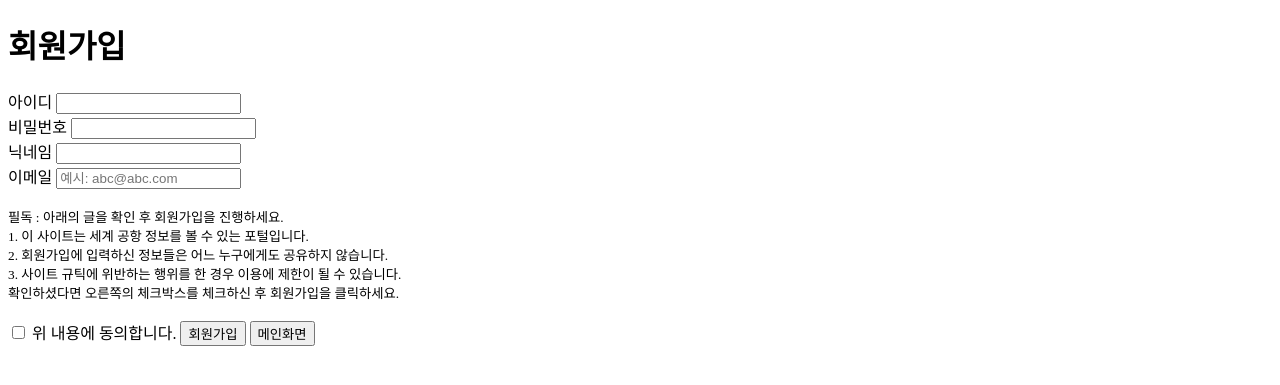
Repository: Gansaw/Airport_Portal
Page: http://localhost/signup
The author's editor kept a copy of each file at every save. The page is drawn from the files as they stood at one save, then again after the next save.
The browser window is 1280 px wide. The pictures show the whole page.
The page is this project's Thymeleaf template; nobody is signed in. The template is opened directly, without the code that normally fills it, so the values that code supplies are empty.

Above is the page before, as saved 2023-07-31 05:20:40.

After the next save:
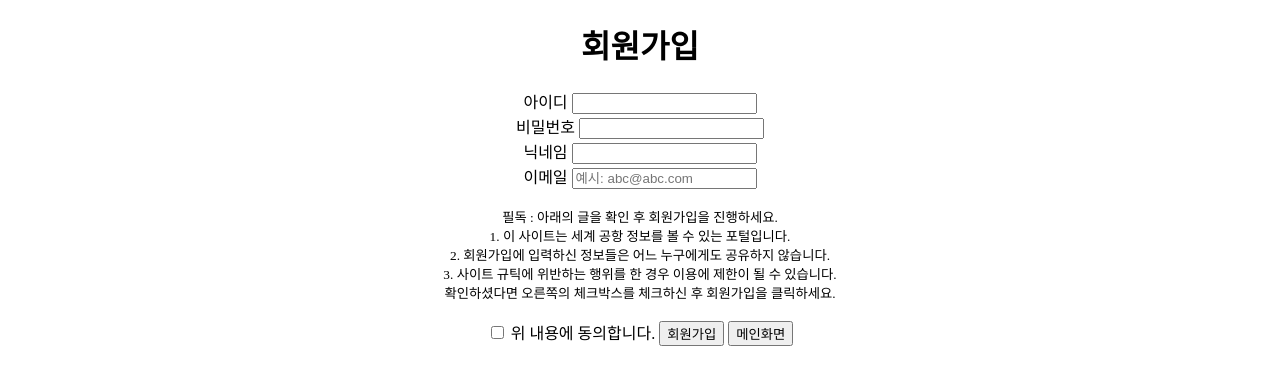
Saved 9 s later.
--- a/WebServiceDevelop/WebProject/src/main/resources/templates/signup.html
+++ b/WebServiceDevelop/WebProject/src/main/resources/templates/signup.html
@@ -5,7 +5,7 @@
 	<meta charset="UTF-8">
 	<title>회원가입</title>
 </head>
-<body>
+<body th:align = "center">
 	<h1>회원가입</h1>
 	<form th:action="signup" method="POST">
 		<div class="grid">
